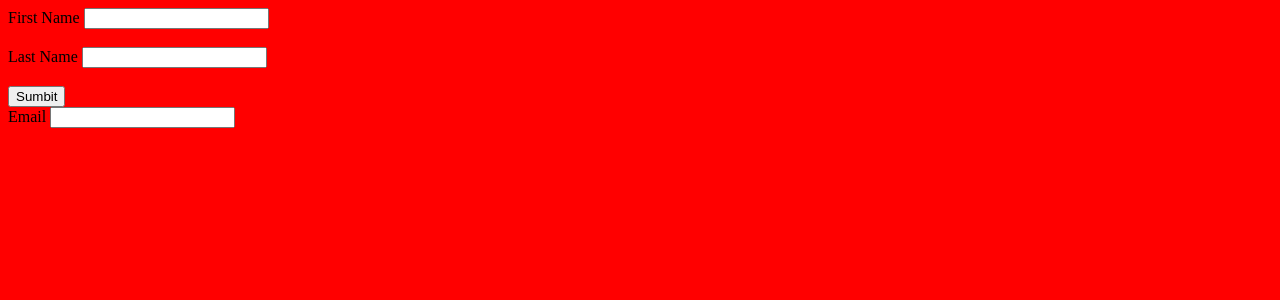
Repository: Fariaddd/codefactor-stylesheet
Page: index.html
An editor plug-in stored every save of this project. The page is shown before and after the next save, followed by the edit.
The browser window is 1280 px wide. The pictures show the whole page.

Above is the page before, as saved 2021-11-17 19:06:36.

After the next save:
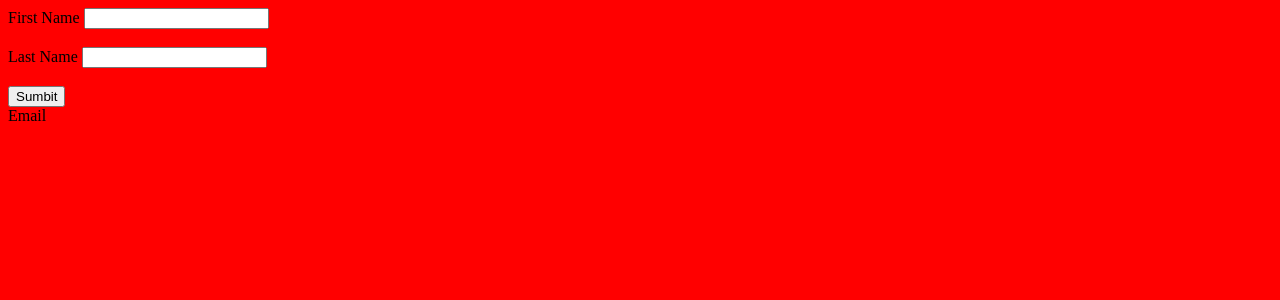
Saved 10 s later.
--- a/index.html
+++ b/index.html
@@ -18,7 +18,7 @@
 
     <div>
       <label for="email">Email</label>
-      <input type="email" id="passowrd" />
+      <input type="email" id="passowrd"  name="passowrd/>
     </div>
   </body>
 </html>

After the save that followed:
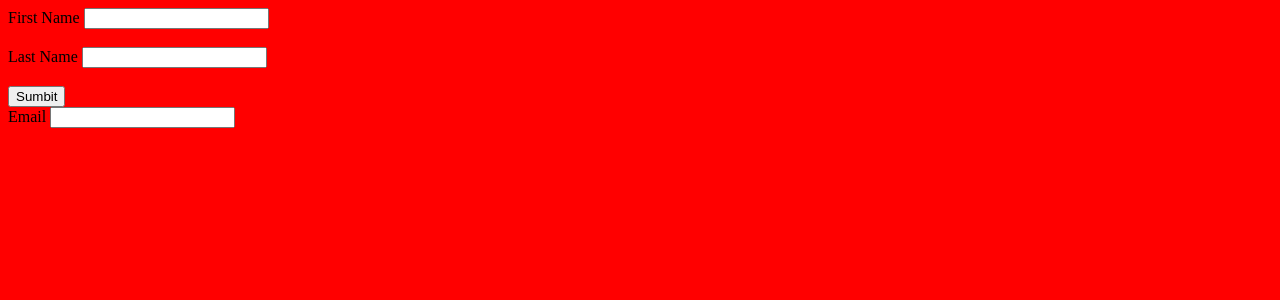
Saved 15 s later.
--- a/index.html
+++ b/index.html
@@ -18,7 +18,7 @@
 
     <div>
       <label for="email">Email</label>
-      <input type="email" id="passowrd"  name="passowrd/>
+      <input type="email" id="passowrd" name="passowrd"
     </div>
   </body>
 </html>
